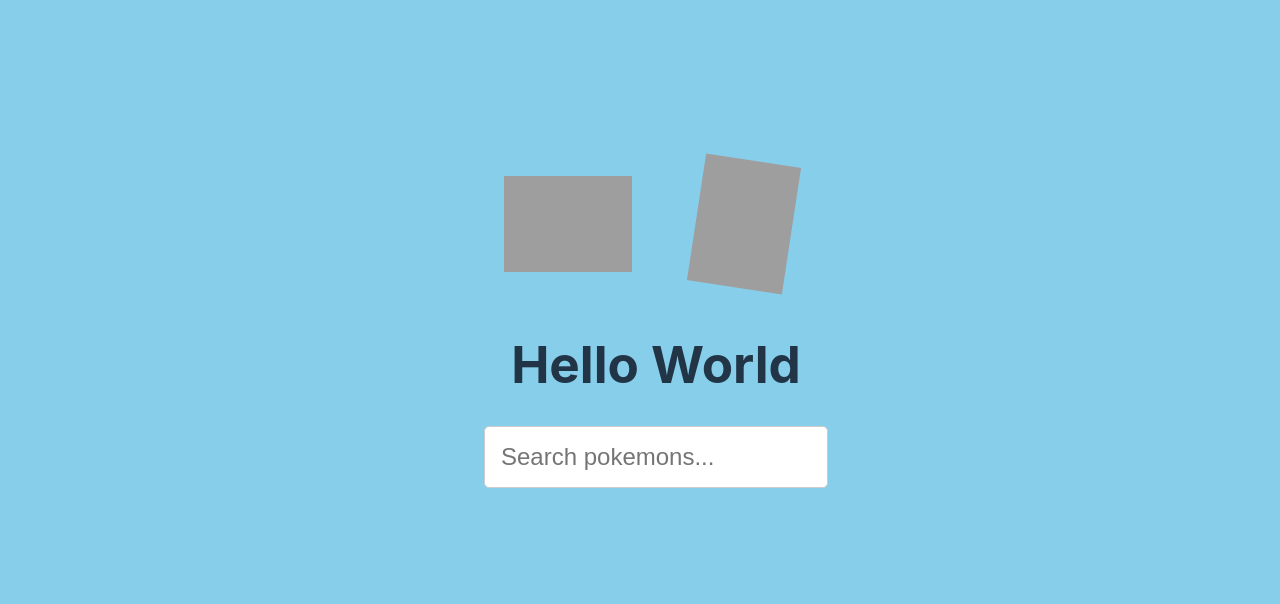
Repository: marianozamora/vite-test-plat
Page: /
The author's editor kept a copy of each file at every save. The page is drawn from the files as they stood at one save, then again after the next save.
The browser window is 1280 px wide. The pictures show the whole page.
Pictures or frames that could not be fetched are drawn as grey boxes. The page's requests for data from a server got no answer. The project was rebuilt for these pictures with package versions that can differ from the ones it lists, and the page was loaded fresh each time. No one was signed in, and anything a server would have sent is missing. Also part of the build but not shown: vite.config.js, src/list.styl.

Above is the page before, as saved 2023-06-22 17:36:14.

### src/App.jsx
import { useState, useEffect } from 'react'
import reactLogo from './assets/react.svg'
import viteLogo from '/vite.svg'
import './App.css'

import './list.styl'

//components
import List from './components/List'
// import Filter from './components/Filter'

function App() {

  const [pokemons, setPokemons] = useState([]);
  const [dataFreeze, setDataFreeze] = useState([]);



  function filterByText(e) {
    const value = e.target.value;
    const filteredPokemons = dataFreeze.filter((pokemon) => pokemon.name.includes(value));
    if (value === '') {
      setPokemons(dataFreeze);
    }
    setPokemons(filteredPokemons);
  }

	useEffect(() => {
		async function getPokemons() {
      const data = await fetch(import.meta.env.VITE_API_URL).then((response) => response.json());
      console.log(data.results, 'data');
      setPokemons(data.results);
      setDataFreeze(data.results)
		}
		getPokemons();
	}, []);

  return (
    <div className='container'>
      <div>
        <a href="https://vitejs.dev" target="_blank" rel="noreferrer">
          <img src={viteLogo} className="logo" alt="Vite logo" />
        </a>
        <a href="https://react.dev" target="_blank" rel="noreferrer">
          <img src={reactLogo} className="logo react" alt="React logo" />
        </a>
      </div>
      <h1>Hello World</h1>

      <input
        type="text"
        placeholder="Search pokemons..."
        onChange={(e)=> filterByText(e)}
      />
      <List data={pokemons} />
    </div>
  )
}

export default App

### src/components/List.jsx
/* eslint-disable react/prop-types */
// import { useState } from "react";
// import { useEffect } from "react";

const ListPokemons = ({ data }) => {

	return (
		<ul className="list__pokemons">
			{data.map((pokemon, index) => (
				<li className="list__pokemons__element" key={index}>{pokemon.name}</li>
			))}
		</ul>
	);
};

export default ListPokemons;

Loaded but not shown: index.html (common file); src/main.jsx (common file); src/index.css (common file); src/App.css (common file)

After the next save:
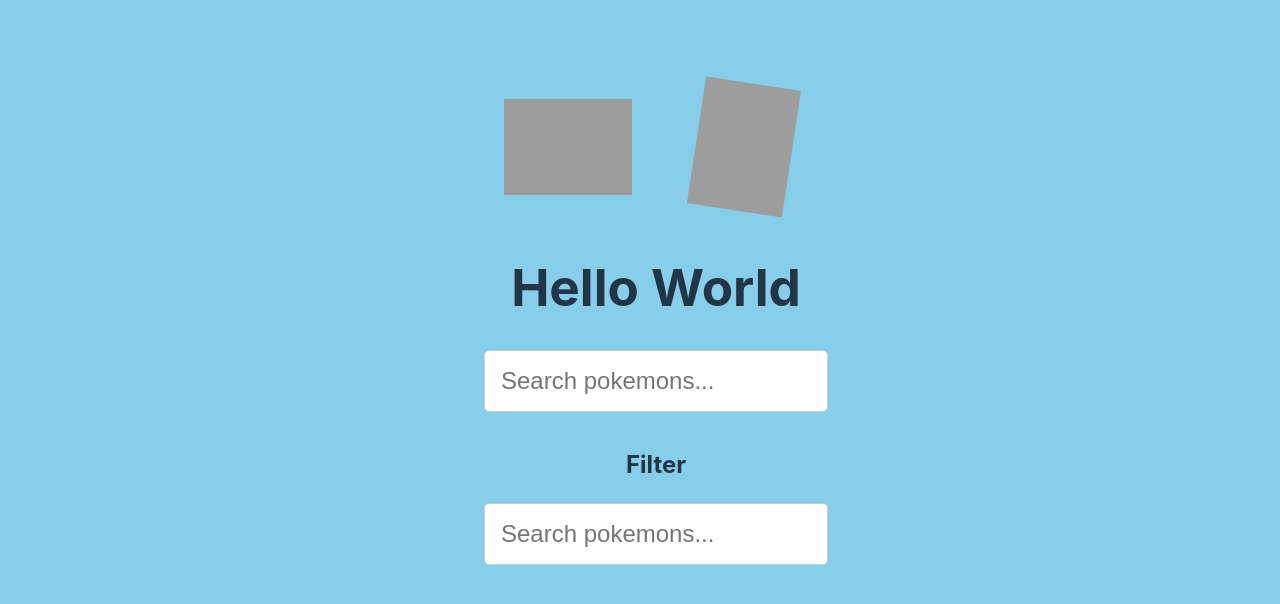
Saved 2 min 10 s later.
--- a/src/App.jsx
+++ b/src/App.jsx
@@ -52,6 +52,10 @@ function App() {
         placeholder="Search pokemons..."
         onChange={(e)=> filterByText(e)}
       />
+      <div className="filter__text">
+            <h2>Filter</h2>
+            <input type="text" placeholder="Search pokemons..." />
+        </div>
       <List data={pokemons} />
     </div>
   )
